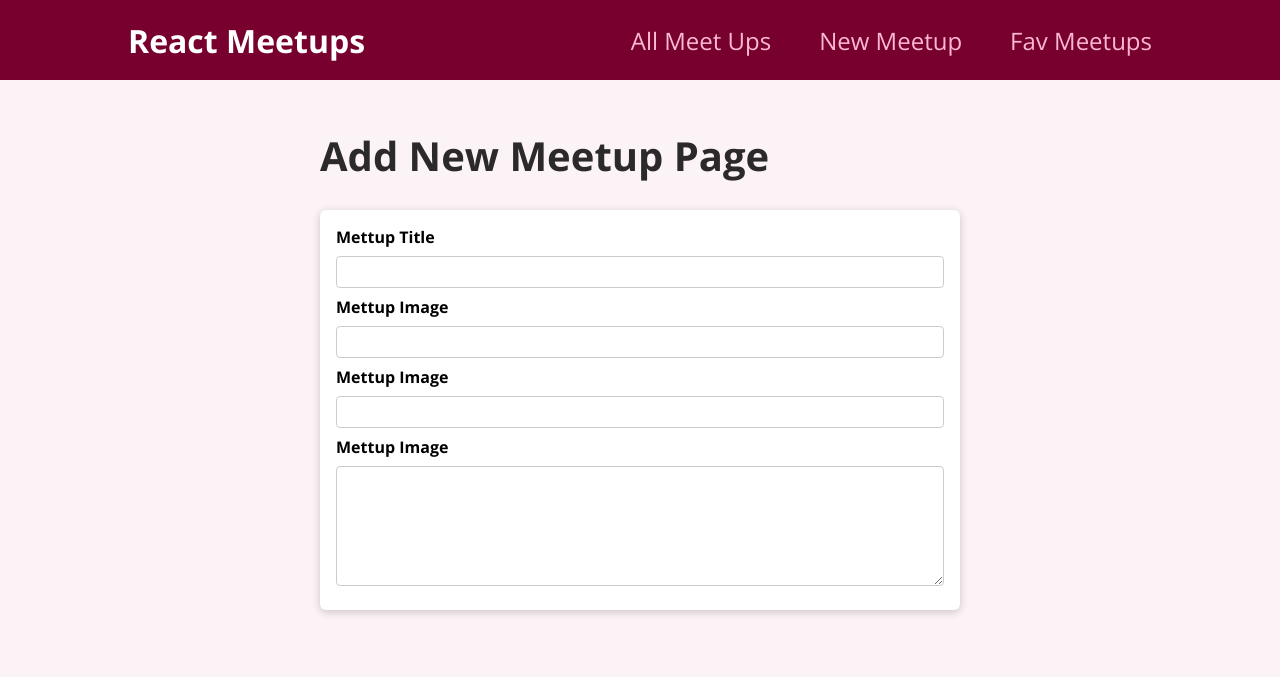
Repository: portretrieve/react-meetup-app
Page: /meet
The author's editor kept a copy of each file at every save. The page is drawn from the files as they stood at one save, then again after the next save.
The browser window is 1280 px wide. The pictures show the whole page.
The project was rebuilt for these pictures with package versions that can differ from the ones it lists, and the page was loaded fresh each time. A package was used in the major version that the imports need, not the one package.json lists. Also part of the build but not shown: src/components/meetups/MeetupList.module.css, src/components/meetups/Meetupitem.module.css, src/components/meetups/MeetupItem.js, src/components/meetups/MeetupList.js, src/pages/AllMeetups.js, src/pages/Favourites.js.

Above is the page before, as saved 2021-08-19 01:10:45.

After the next save:
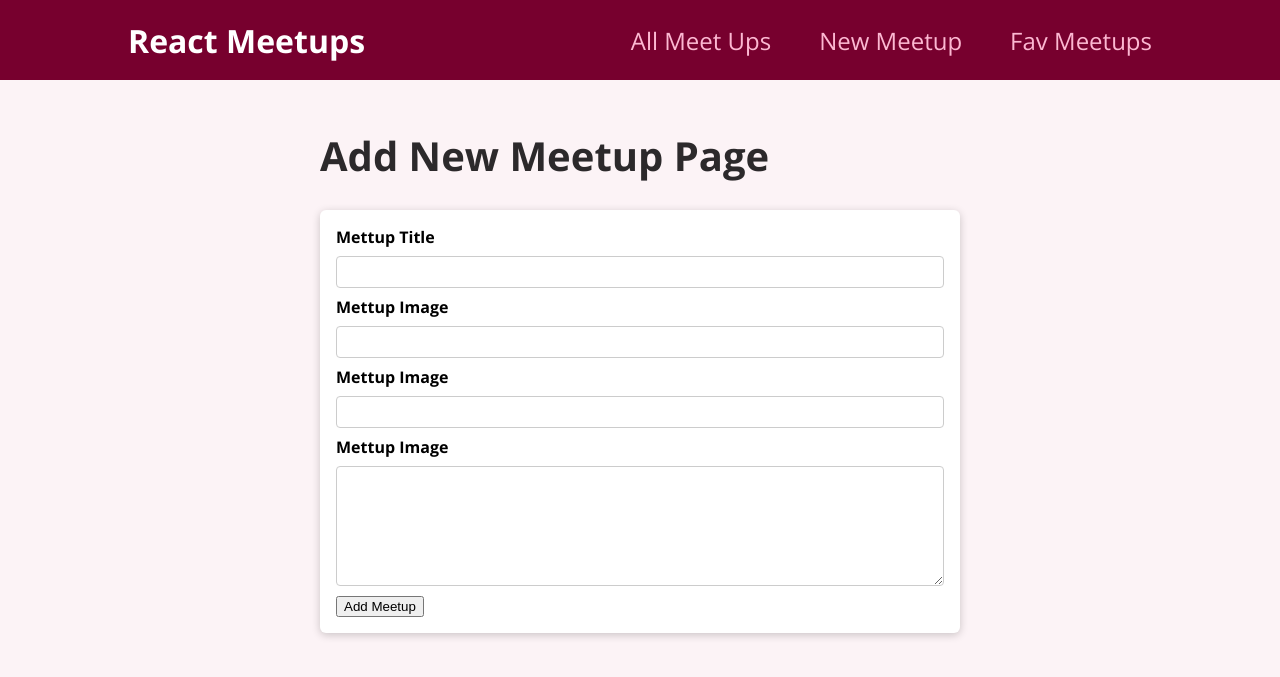
Saved 30 s later.
--- a/src/components/meetups/NewMeetupForm.js
+++ b/src/components/meetups/NewMeetupForm.js
@@ -21,6 +21,9 @@ function NewMeetupForm() {
           <label htmlFor="description">Mettup Image</label>
           <textarea id="description" required rows="5" />
         </div>
+        <div className="action">
+          <button>Add Meetup</button>
+        </div>
       </form>
     </Card>
   );
